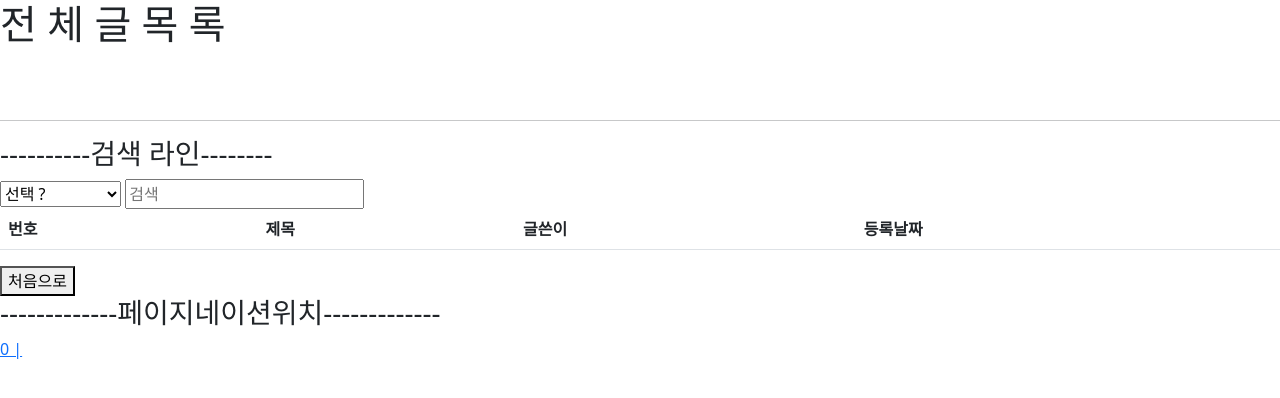
Repository: bbqju13/jsp0602
Page: http://localhost/jsp_project/board/list.jsp
An editor plug-in stored every save of this project. The page is shown before and after the next save, followed by the edit.
The browser window is 1280 px wide. The pictures show the whole page.
The page is served by Tomcat 9. Other server files are loaded and not shown. The template is opened directly, without the code that normally fills it, so the values that code supplies are empty.

Above is the page before, as saved 2023-05-24 02:37:18.

### jsp_project2/jsp_project/src/main/webapp/board/list.jsp
<%@ page language="java" contentType="text/html; charset=UTF-8"
	pageEncoding="UTF-8"%>
<%@ taglib uri="http://java.sun.com/jsp/jstl/core" prefix="c"%>
<!DOCTYPE html>
<html>
<head>
<meta charset="UTF-8">
<link
	href="https://cdn.jsdelivr.net/npm/bootstrap@5.2.3/dist/css/bootstrap.min.css"
	rel="stylesheet"
	integrity="sha384-rbsA2VBKQhggwzxH7pPCaAqO46MgnOM80zW1RWuH61DGLwZJEdK2Kadq2F9CUG65"
	crossorigin="anonymous">
<script
	src="https://cdn.jsdelivr.net/npm/bootstrap@5.2.3/dist/js/bootstrap.bundle.min.js"
	integrity="sha384-kenU1KFdBIe4zVF0s0G1M5b4hcpxyD9F7jL+jjXkk+Q2h455rYXK/7HAuoJl+0I4"
	crossorigin="anonymous"></script>
<title>전체 글목록</title>
</head>
<body>
	<h1>전 체 글 목 록</h1>
	<br>
	<br>
	<hr>
					<!-- 검색라인 -->
	<h3>----------검색 라인--------</h3>
	<form action="/brd/page" method="post">
		<div>
			<select name="type">
				<option >선택 ?</option>
				<option>제목</option>
				<option>내용</option>
				<option>작성자</option>
				<option>제목 or 내용</option>
				<option>제목 or 작성자</option>
				<option>내용 or 작성자</option>
			</select>
			<input type="text" name="keyword" placeholder="검색">
		</div>
	</form>
	<table class="table table-striped">
	<!-- 검색라인 -->
		<thead>
			<tr>
				<th>번호</th>
				<th>제목</th>
				<th>글쓴이</th>
				<th>등록날짜</th>
			</tr>
		</thead>
		<tbody>
			<c:forEach items="${list }" var="bvo">
				<tr>
					<td><a href="/brd/detail?bno=${bvo.bno }"> ${bvo.bno } </a></td>
					<td>${bvo.title }</td>
					<td>${bvo.writer }</td>
					<td>${bvo.reg_date }</td>
				</tr>
			</c:forEach>
		</tbody>
	</table>
	<a href="/">
		<button type="button">처음으로</button>
	</a>

	<h3>-------------페이지네이션위치-------------</h3>

	<c:if test="${pgh.prev }">
		<a href="/brd/page?pageNo=${pgh.startPage - 1 }&qty=${pgh.pgvo.qty}"> ◀이전 </a>
	</c:if>

	<c:forEach begin="${pgh.startPage }" end="${pgh.endPage }" var="i">
		<a href="/brd/page?pageNo=${i }&qty=${pgh.pgvo.qty}"> ${i } | </a>
	</c:forEach>

	<!-- 다음페이지 -->
	<c:if test="${pgh.next }">
		<a href="/brd/page?pageNo=${pgh.endPage +1 }&qty=${pgh.pgvo.qty}"> 다음▶ </a>
	</c:if>
</body>
</html>

After the next save:
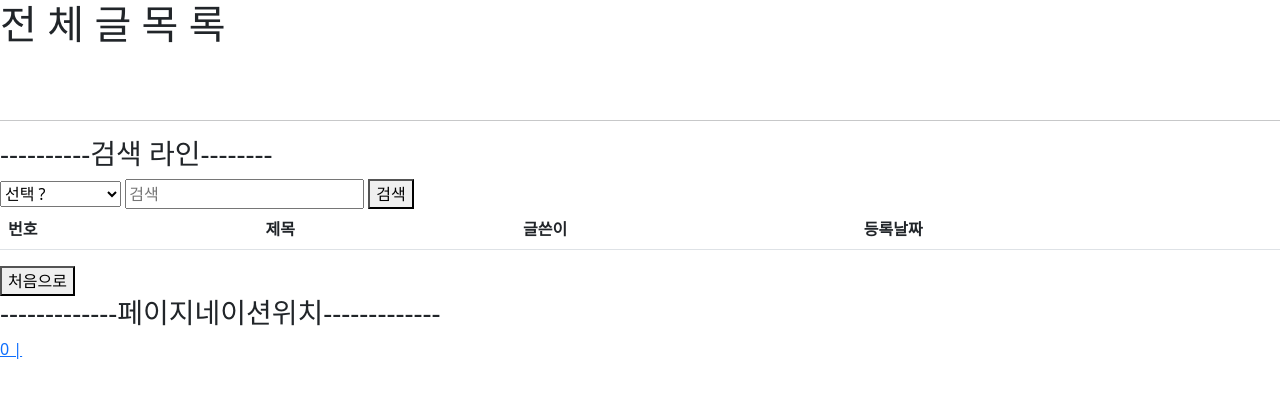
Saved 21 s later.
--- a/jsp_project2/jsp_project/src/main/webapp/board/list.jsp
+++ b/jsp_project2/jsp_project/src/main/webapp/board/list.jsp
@@ -35,6 +35,7 @@
 				<option>내용 or 작성자</option>
 			</select>
 			<input type="text" name="keyword" placeholder="검색">
+			<button type="submit">검색</button>
 		</div>
 	</form>
 	<table class="table table-striped">
